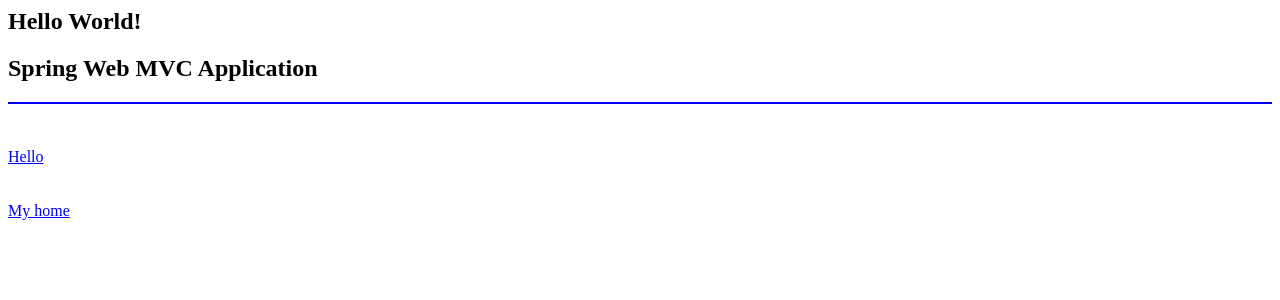
Repository: bharatiba/spring-training
Page: http://localhost/spring-web/
An editor plug-in stored every save of this project. The page is shown before and after the next save, followed by the edit.
The browser window is 1280 px wide. The pictures show the whole page.
The page is served by Tomcat 9.

Above is the page before, as saved 2022-03-02 03:59:24.

After the next save:
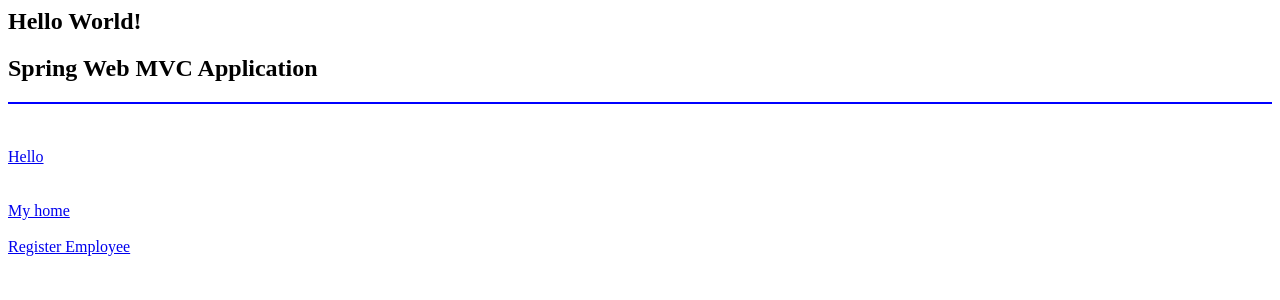
Saved 40 s later.
--- a/spring-web/src/main/webapp/index.jsp
+++ b/spring-web/src/main/webapp/index.jsp
@@ -13,7 +13,9 @@
 <a href="myHome">My home</a>
 <br>
 
-
+<br>
+<a href="employeeform">Register Employee</a>
+<br>
 
 
 
